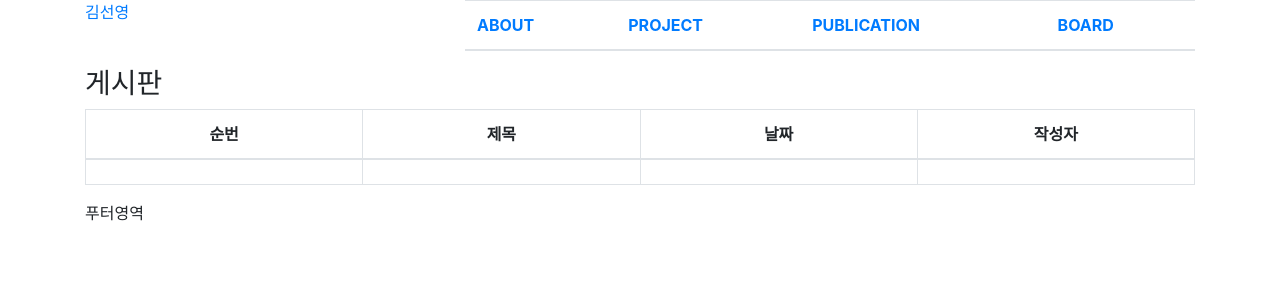
Repository: supremest35/web-projects
Page: http://localhost/noticeboard/board/list.jsp
An editor plug-in stored every save of this project. The page is shown before and after the next save, followed by the edit.
The browser window is 1280 px wide. The pictures show the whole page.
The page is served by Tomcat 9. Other server files are loaded and not shown.

Above is the page before, as saved 2020-12-06 03:47:52.

### noticeboard/WebContent/board/list.jsp
<%@ page language="java" contentType="text/html; charset=UTF-8"
    pageEncoding="UTF-8"%>
<!DOCTYPE html>
<html lang="ko">
<head>
  <title>Bootstrap 4 Example</title>
  <meta charset="utf-8">
  <meta name="viewport" content="width=device-width, initial-scale=1">
  <link rel="stylesheet" href="https://maxcdn.bootstrapcdn.com/bootstrap/4.5.2/css/bootstrap.min.css">
  <script src="https://ajax.googleapis.com/ajax/libs/jquery/3.5.1/jquery.min.js"></script>
  <script src="https://cdnjs.cloudflare.com/ajax/libs/popper.js/1.16.0/umd/popper.min.js"></script>
  <script src="https://maxcdn.bootstrapcdn.com/bootstrap/4.5.2/js/bootstrap.min.js"></script>
  <style>
  	#table th, td {
  		width:100px;
  		text-align: center;
  	}
  	#title {
  		width:600px;
  	}
  </style>
</head>
<body>
<div class="container">
	<div class="row">
		<div class="col-2"><a href="index.jsp">김선영</a></div>
		<div class="col-2"></div>
		<div class="col-8">
			<table class="table">
				<thead>
					<tr>
						<th><a href="">ABOUT</a></th>
						<th><a href="">PROJECT</a></th>
						<th><a href="">PUBLICATION</a></th>
						<th><a href="board/list.jsp">BOARD</a></th>
					</tr>
				</thead>
			</table>
		</div>
	</div>
	<div class="row">
		<div class="col-12"><h3>게시판</h3></div>
		<div class="col-12">
			<table class="table table-bordered table-hover" id="table">
				<thead>
					<tr>
						<th>순번</th>
						<th id="title">제목</th>
						<th>날짜</th>
						<th>작성자</th>
					</tr>
				</thead>
				<tbody>
					<tr>
						<td></td>
						<td></td>
						<td></td>
						<td></td>
					</tr>
				</tbody>
			</table>
		</div>
	</div>
	<div class="row">
		<div class="col-12">푸터영역</div>
	</div>
</div>
</body>
</html>

After the next save:
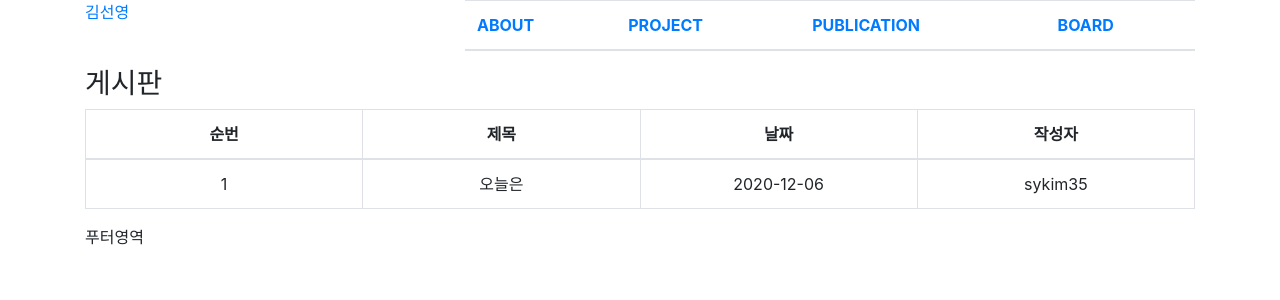
Saved 44 s later.
--- a/noticeboard/WebContent/board/list.jsp
+++ b/noticeboard/WebContent/board/list.jsp
@@ -52,10 +52,10 @@
 				</thead>
 				<tbody>
 					<tr>
-						<td></td>
-						<td></td>
-						<td></td>
-						<td></td>
+						<td>1</td>
+						<td>오늘은</td>
+						<td>2020-12-06</td>
+						<td>sykim35</td>
 					</tr>
 				</tbody>
 			</table>
